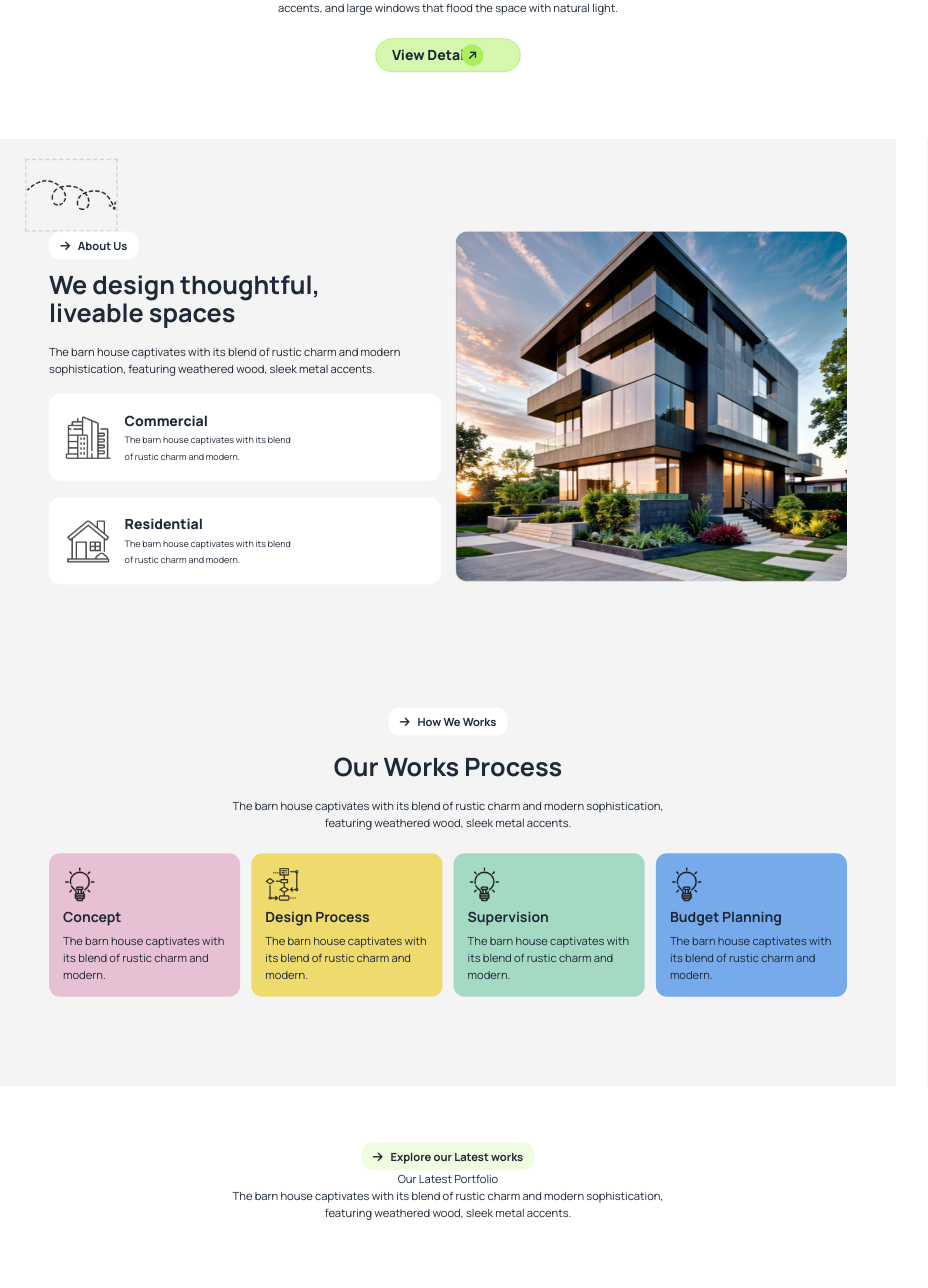
Repository: Tanvir4312/assignment-03
Page: index.html
An editor plug-in stored every save of this project. The page is shown before and after the next save, followed by the edit.
The browser window is 1280 px wide. The page is 1325 px wide, so the pictures cover 1325 px, including what lies to the right of the window. The pictures show the part of the page from y = 747 to 2587 px (the page is 2587 px tall), at 70% of full size.
Some web libraries are served in a nearby version.

Above is the page before, as saved 2024-10-30 18:07:42.

After the next save:
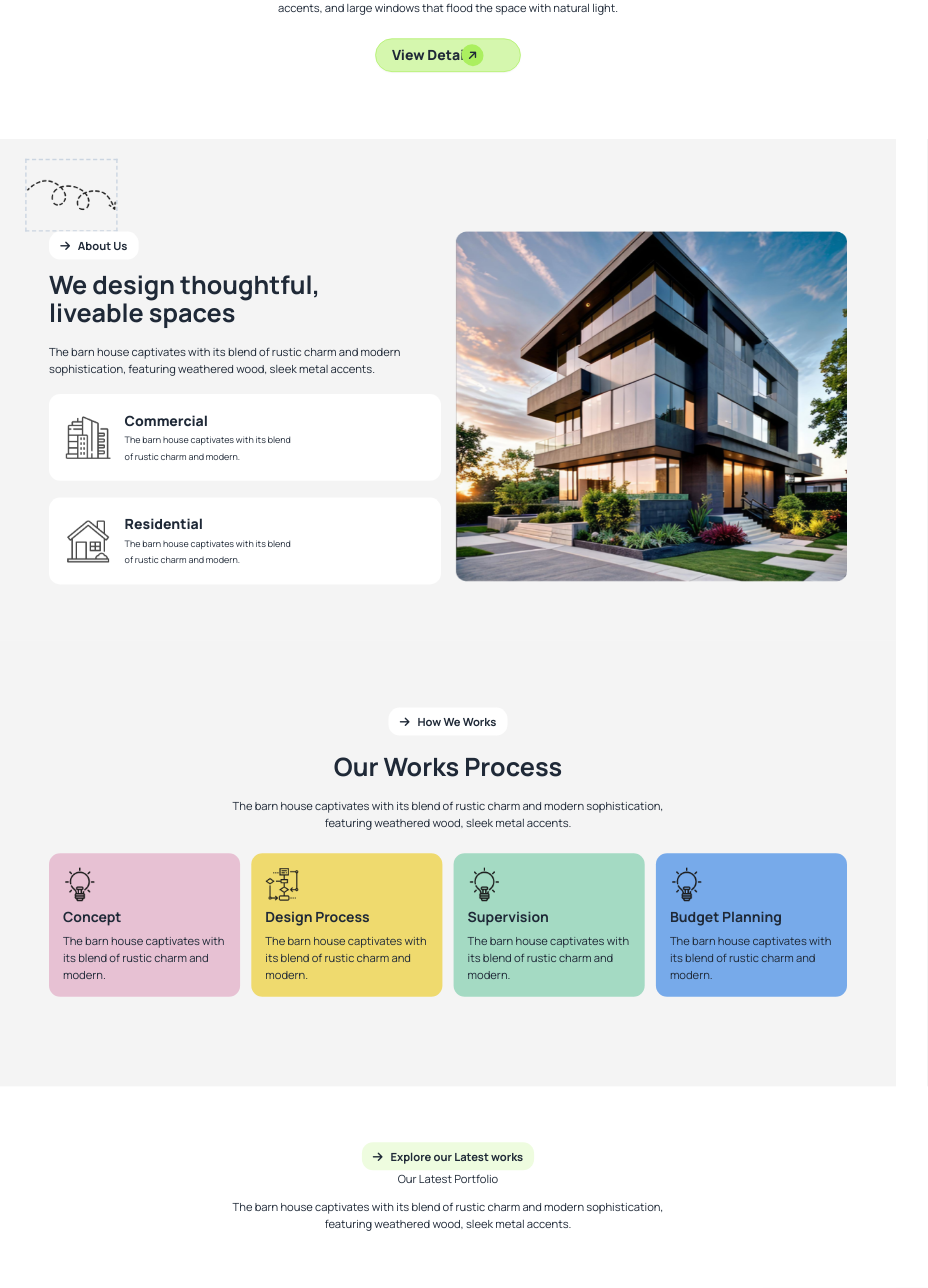
Saved 43 s later.
--- a/index.html
+++ b/index.html
@@ -236,7 +236,7 @@
                 <!-- Text -->
                 <div class="text-center">
                     <h1>Our Latest Portfolio</h1>
-                    <p>The barn house captivates with its blend of rustic charm and modern sophistication, <br>
+                    <p class="pt-4 pb-6">The barn house captivates with its blend of rustic charm and modern sophistication, <br>
                         featuring
                         weathered wood, sleek metal accents.</p>
                 </div>
